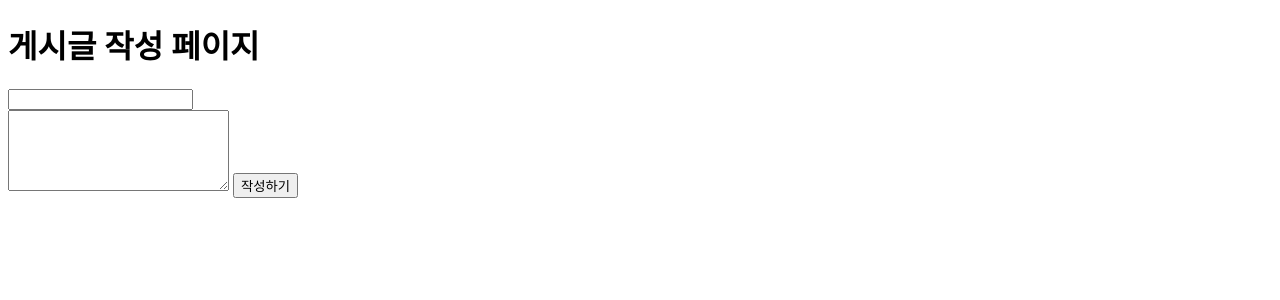
Repository: ksccmp/notice-board
Page: http://localhost/board/login_filter/board_write.jsp
An editor plug-in stored every save of this project. The page is shown before and after a run of saves, followed by the edit.
The browser window is 1280 px wide. The pictures show the whole page.
The page is served by Tomcat 9. Nobody is signed in. The application's start-up code is not run. Other server files are loaded and not shown.

Above is the page before, as saved 2019-09-24 14:01:42.

### board/src/main/webapp/login_filter/board_write.jsp
<%@ page language="java" contentType="text/html; charset=UTF-8"
    pageEncoding="UTF-8"%>
<!DOCTYPE html PUBLIC "-//W3C//DTD HTML 4.01 Transitional//EN" "http://www.w3.org/TR/html4/loose.dtd">
<html>
<head>
<meta http-equiv="Content-Type" content="text/html; charset=UTF-8">
<title>Insert title here</title>
</head>
<body>
	<h1>게시글 작성 페이지</h1>
	<form method="post" action="">
		<input type="text" id="title" name="title"> <br>
		<textarea id="contents" name="contents" rows="5" cols="25"></textarea>
		<input type="submit" value="작성하기">
	</form>
</body>
</html>

After the next 2 saves:
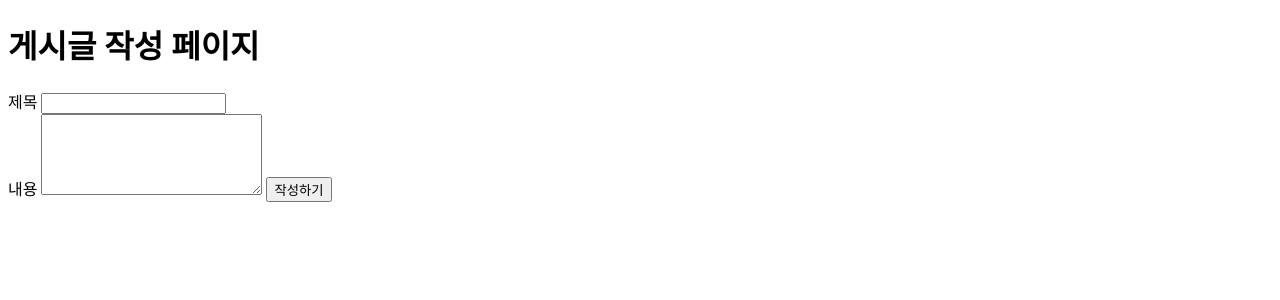
The 2 saves are shown as one change because they came seconds apart.
The last was saved 13 s later.
--- a/board/src/main/webapp/login_filter/board_write.jsp
+++ b/board/src/main/webapp/login_filter/board_write.jsp
@@ -9,8 +9,8 @@
 <body>
 	<h1>게시글 작성 페이지</h1>
 	<form method="post" action="">
-		<input type="text" id="title" name="title"> <br>
-		<textarea id="contents" name="contents" rows="5" cols="25"></textarea>
+		제목 <input type="text" id="title" name="title"> <br>
+		내용 <textarea id="contents" name="contents" rows="5" cols="25"></textarea>
 		<input type="submit" value="작성하기">
 	</form>
 </body>
